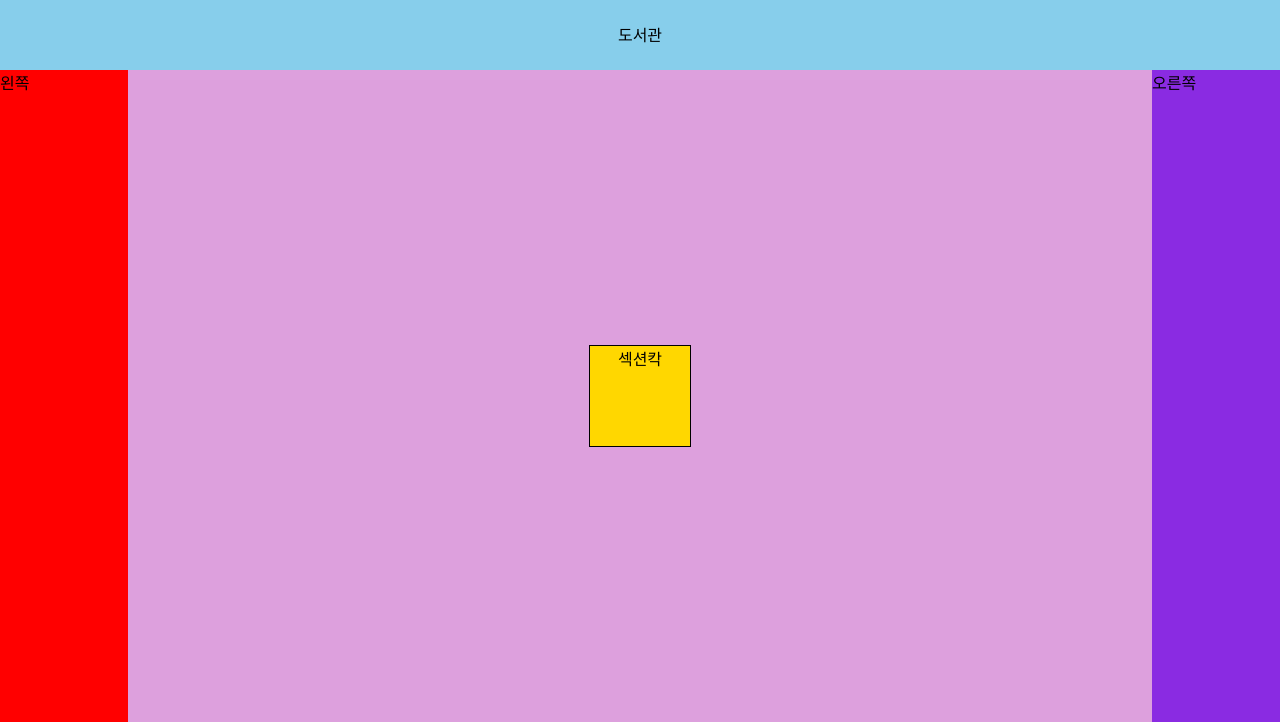
Repository: sojihwan/API_-Multi
Page: / (app in API/)
These files come from the project's save history. The page is drawn as it stood at one moment and after the next save; the edit follows.
The browser window is 1280 px wide. The pictures show the whole page.
The project was rebuilt for these pictures with package versions that can differ from the ones it lists, and the page was loaded fresh each time. Also part of the build but not shown: API/src/App.css.

Above is the page before, as saved 2022-05-24 15:14:17.

After the next save:
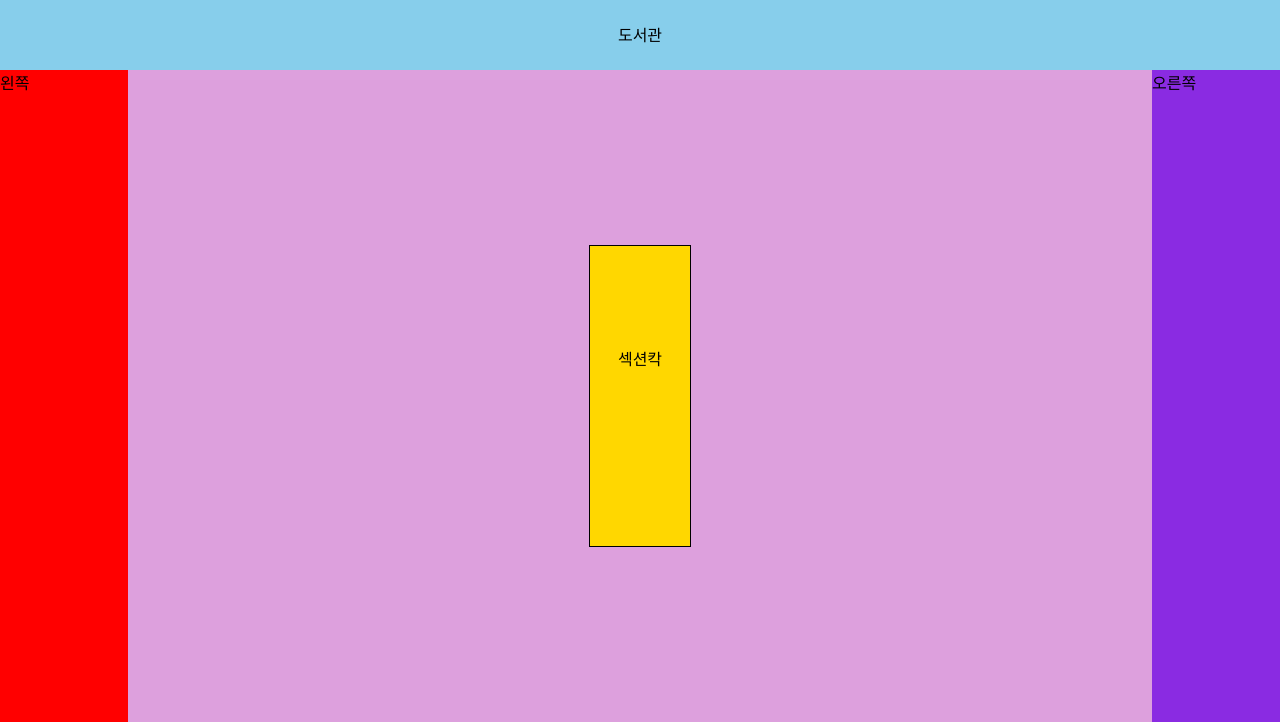
Saved 52 s later.
--- a/API/src/Layout/Section.css
+++ b/API/src/Layout/Section.css
@@ -4,5 +4,5 @@
   height: 100px;
   background: gold;
   text-align: center;
-
+  padding: 100px 0px;
 }
